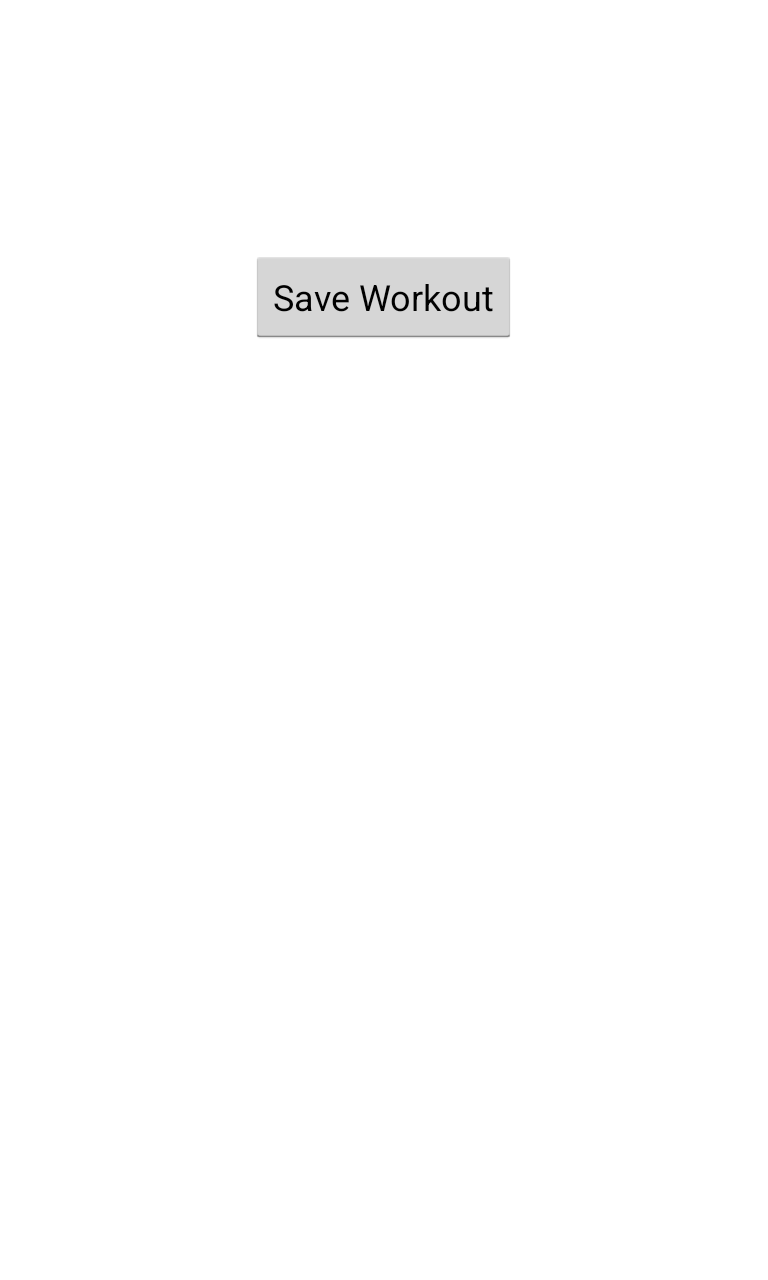
Repository: jmcdon09/EZWorkout
Layout: EzTrain/EzTrain/res/layout/activity_preview_design.xml
These files come from the project's save history. The layout is drawn as it stood at one moment and after the next save; the edit follows.
It is drawn on a 768 x 1280 px phone screen (xhdpi) without system bars, with theme AppTheme; the app's code is not run.

Above is the layout before, as saved 2014-03-30 14:38:06.

### EzTrain/EzTrain/res/layout/activity_preview_design.xml
<LinearLayout xmlns:android="http://schemas.android.com/apk/res/android"
    xmlns:tools="http://schemas.android.com/tools"
    android:id="@+id/LinearLayout1"
    android:layout_width="match_parent"
    android:layout_height="match_parent"
    android:orientation="vertical"
    android:paddingBottom="@dimen/activity_vertical_margin"
    android:paddingLeft="@dimen/activity_horizontal_margin"
    android:paddingRight="@dimen/activity_horizontal_margin"
    android:paddingTop="@dimen/activity_vertical_margin"
    tools:context=".PreviewDesign" >

    <TextView
        android:id="@+id/preview_workout_name"
        android:layout_width="wrap_content"
        android:layout_height="wrap_content"
        android:layout_gravity="center"
        android:textAppearance="?android:attr/textAppearanceLarge" />

    <TextView
        android:id="@+id/preview_muscle_group"
        android:layout_width="wrap_content"
        android:layout_height="wrap_content"
        android:layout_gravity="center"
        android:textAppearance="?android:attr/textAppearanceLarge" />

    <TableLayout
        android:id="@+id/preview_workout_table"
        android:layout_margin="10dp"
        android:layout_width="match_parent"
        android:layout_height="wrap_content" >

        <TableRow
            android:id="@+id/tableRow1"
            android:weightSum="100"
            android:layout_width="wrap_content"
            android:layout_height="wrap_content" >

            <TextView
                android:id="@+id/preview_exercise"
                android:layout_width="wrap_content"
                android:layout_height="wrap_content"
                android:layout_weight="50"
                android:textAppearance="?android:attr/textAppearanceLarge" />

            <TextView
                android:id="@+id/preview_set"
                android:layout_width="wrap_content"
                android:layout_height="wrap_content"
                android:layout_weight="25"
                android:textAppearance="?android:attr/textAppearanceLarge" />

            <TextView
                android:id="@+id/preview_rep"
                android:layout_width="wrap_content"
                android:layout_height="wrap_content"
                android:layout_weight="25"
                android:textAppearance="?android:attr/textAppearanceLarge" />

        </TableRow>

    </TableLayout>

    <Button
        android:id="@+id/save_workout"
        android:layout_width="wrap_content"
        android:layout_gravity="center"
        android:layout_height="wrap_content"
        android:text="@string/save_workout" />

</LinearLayout>

### EzTrain/EzTrain/res/values-v11/styles.xml
<?xml version="1.0" encoding="utf-8"?>
<resources>

    <!--
        Base application theme for API 11+. This theme completely replaces
        AppBaseTheme from res/values/styles.xml on API 11+ devices.
    -->
    <style name="AppBaseTheme" parent="android:Theme.Holo.Light">
        <!-- API 11 theme customizations can go here. -->
    </style>

    <style name="FullscreenTheme" parent="android:Theme.Holo">
        <item name="android:actionBarStyle">@style/FullscreenActionBarStyle</item>
        <item name="android:windowActionBarOverlay">true</item>
        <item name="android:windowBackground">@null</item>
        <item name="buttonBarStyle">?android:attr/buttonBarStyle</item>
        <item name="buttonBarButtonStyle">?android:attr/buttonBarButtonStyle</item>
    </style>

    <style name="FullscreenActionBarStyle" parent="android:Widget.Holo.Light.ActionBar">
        <item name="android:background">@color/action_bar_background</item>
        <item name="android:actionMenuTextColor">@color/black_overlay</item>
    </style>

</resources>

### EzTrain/EzTrain/res/values-v14/styles.xml
<resources xmlns:android="http://schemas.android.com/apk/res/android">

    <!--
        Base application theme for API 14+. This theme completely replaces
        AppBaseTheme from BOTH res/values/styles.xml and
        res/values-v11/styles.xml on API 14+ devices.
    -->
    <style name="AppBaseTheme" parent="@android:style/Theme.Holo.Light.DarkActionBar">
        <!-- API 14 theme customizations can go here. -->
        <item name="android:actionBarStyle">@style/MyActionBar</item>


    </style>

    <style name="MyActionBar" parent="@android:style/Widget.Holo.Light.ActionBar">
        <item name="android:background">@color/action_bar_background</item>
        <item name="android:titleTextStyle">@style/MyActionBarTitle</item>
    </style>

	<style name="MyActionBarTitle" parent="@android:style/TextAppearance.Holo.Widget.ActionBar.Title">
	    <item name="android:textColor">@color/title</item>

	</style>

	<style name="LargeTableText">
	    <item name="android:textAppearance">?android:attr/textAppearanceSmall</item>
	</style>



</resources>

### EzTrain/EzTrain/res/values/colors.xml
<resources>

    <color name="action_bar_background">#4db6af</color>
    <color name="black_overlay">#66000000</color>
    <color name="background">#eee</color>
    <color name="font">#444</color>
    <color name="accent">#ccc</color>
    <color name="title">#FFF</color>

</resources>

### EzTrain/EzTrain/res/values/strings.xml
<?xml version="1.0" encoding="utf-8"?>
<resources>

    <string name="app_name">EZWorkout</string>

    <string-array name="muscle_groups">
        <item>Arms</item>
        <item>Abdominals</item>
        <item>Chest</item>
        <item>Back</item>
        <item>Legs</item>
        <item>Shoulders</item>
    </string-array>

    <string-array name="my_workouts">
        <item>Biceps</item>
        <item>Major Chest Workout</item>
        <item>Leg Destroyer</item>
        <item>Ab Crusher</item>
    </string-array>

    <string-array name="chest">
        <item>Benchpress</item>
        <item>Butterflys</item>
        <item>Push Ups</item>
        <item>Iron Cross</item>
        <item>Decline Dumbell Press</item>
        <item></item>
    </string-array>

    <string-array name="arms">
        <item>Bicep Curls</item>
        <item>Spider Curls</item>
        <item>Tricep Dips</item>
        <item>Skullcrushers</item>
        <item>French Press</item>
    </string-array>

    <string-array name="shoudlers">
        <item>Shoulder Abduction</item>
        <item>Military Press</item>
    </string-array>

    <string-array name="abdominals">
        <item>Crunches</item>
        <item>Russian Twists</item>
        <item>Sit-ups</item>
        <item>Toe Touches</item>
    </string-array>

    <string-array name="legs">
        <item>One Legged Squats</item>
        <item>Romanian Deadlifts</item>
        <item>Trap Bar Deadlifts</item>
        <item>Box Jumps</item>
    </string-array>

    <string-array name="back">
        <item>Standing Good Mornings</item>
        <item>Seated Good Mornings</item>
        <item>Reverse Hypers</item>
        <item>Chin Ups</item>
    </string-array>

    <string name="workout_now">Start Workout</string>
    <string name="progress">My Progress</string>
    <string name="design_work">Design Workout</string>
    <string name="title_activity_start_workout">Start Workout</string>
    <string name="title_activity_my_progress">My Progress</string>
    <string name="title_activity_design_workout">Design Workout</string>
    <string name="title_activity_add_exercises">Add Exercises</string>
    <string name="title_activity_create_exercise">Create Exercise</string>
    <string name="title_activity_preview_workout">Preview Workout</string>
    <string name="title_activity_my_workouts">My Workouts</string>
    <string name="title_activity_workout">Workout</string>
    <string name="title_activity_active_workout">Active Workout</string>
    <string name="workout_name">Workout Name</string>
    <string name="return_workout"></string>
    <string name="action_settings">Action Settings</string>
    <string name="add_exercise_to_workout">Add Exercises to </string>
    <string name="add_exercise">Add Exercise</string>
    <string name="begin_design">Start Design</string>
    <string name="create_exercise">Create Exercise</string>
    <string name="muscle_group">Muscle Group</string>
    <string name="workout_description">Workout Description</string>
    <string name="my_workouts">My Workouts</string>
    <string name="start_workout">Start Workout</string>
    <string name="browse_workouts">Browse Workouts</string>
    <string name="exercise_name">Exercise Name</string>
    <string name="rep_hint">Rep hint goes here</string>
    <string name="action_home">Home</string>
    <string name="exercise1">Bench press </string>
    <string name="set1">4</string>
    <string name="rep1">12</string>
    <string name="hello_world">Hello world!</string>
    <string name="preview_workout">Preview Workout</string>
    <string name="title_activity_preview_design">Preview Design</string>
    <string name="exercise">Exercise</string>
    <string name="sets">Sets</string>
    <string name="reps">Reps</string>
    <string name="weight">Weight</string>
    <string name="error_design_fill_sections">Fill out all sections before clicking Add Exercise!</string>
    <string name="error_empty_preview">Need at least one exercise added before preview!</string>
    <string name="save_workout">Save Workout</string>



</resources>

Loaded but not shown: EzTrain/EzTrain/res/values/styles.xml (common file); EzTrain/EzTrain/res/values/dimens.xml (common file)

After the next save:
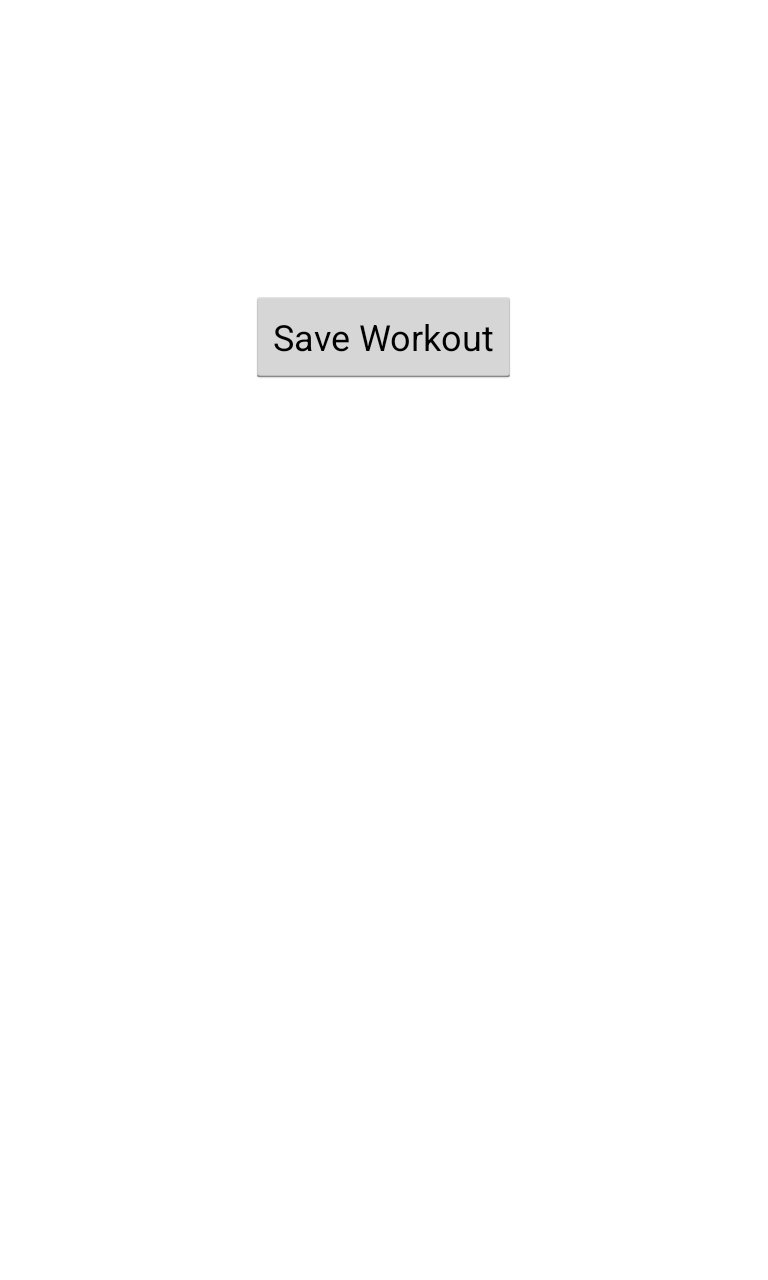
Saved 63 s later.
--- a/EzTrain/EzTrain/res/layout/activity_preview_design.xml
+++ b/EzTrain/EzTrain/res/layout/activity_preview_design.xml
@@ -26,7 +26,7 @@
 
     <TableLayout
         android:id="@+id/preview_workout_table"
-        android:layout_margin="10dp"
+        android:layout_marginTop="20dp"
         android:layout_width="match_parent"
         android:layout_height="wrap_content" >
 
@@ -66,6 +66,7 @@
         android:layout_width="wrap_content"
         android:layout_gravity="center"
         android:layout_height="wrap_content"
+        android:layout_marginTop="20dp"
         android:text="@string/save_workout" />
 
 </LinearLayout>
